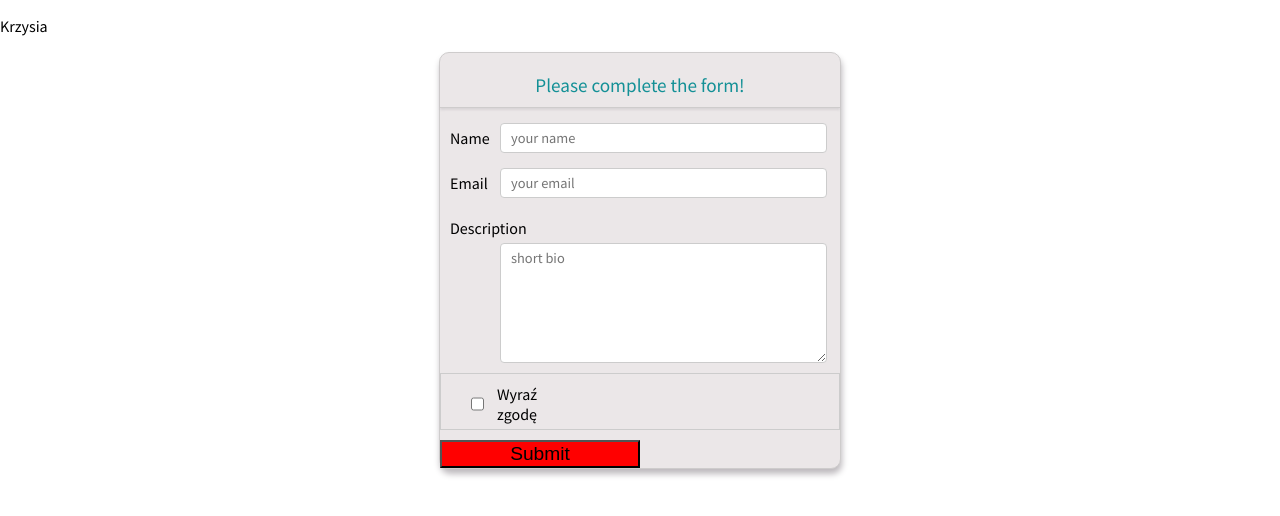
Repository: KrzysKolo/sr_tydzien4_zad2
Page: /
These files come from the project's save history. The page is drawn as it stood at one moment and after the next save; the edit follows.
The browser window is 1280 px wide. The pictures show the whole page.
The project was rebuilt for these pictures with package versions that can differ from the ones it lists, and the page was loaded fresh each time. Also part of the build but not shown: src/components/formComponents/ErrorMessage.js, src/components/formComponents/Message.js.

Above is the page before, as saved 2020-11-27 20:59:05.

### src/index.css
@import url("https://fonts.googleapis.com/css?family=Source+Sans+Pro");
body {
  margin: 0;
  font-family: "Source Sans Pro", sans-serif;
}

code {
  font-family: source-code-pro, Menlo, Monaco, Consolas, "Courier New",
    monospace;
}

### src/App.js
import React from 'react'
import Form from './components/Form';

function App() {
  return (
    <div>
      <p>Krzysia</p>
      <Form />
    </div>
  )
}

export default App

### src/components/Form.js
import React, { Component } from 'react';
import Input from './formComponents/Input';
import TextArea from './formComponents/TextArea';
import Checkbox from './formComponents/Checkbox';
import Button from './formComponents/Button';
import Header from './formComponents/Header';
import Message from './formComponents/Message';
import styled from 'styled-components';

const ContainerForm = styled.form`
width: 80%;
max-width: 400px;
background: rgb(235, 231, 232);
border: 1px solid rgb(206, 204, 204);
border-radius: 10px;
box-shadow: 1px 5px 6px rgb(189, 185, 189);
margin: 0 auto;
`;

class Form extends Component {

state = {
    Name: '',
    Email: '',
    Description: '',
    accept: false,
    message: '',
    errors: {
        Name: false,
        Email: false,
        Description: false,
        accept: false,
        }
}
message = {
    Name_incorrect: "Nazwa musi być dłuższa niż 5 znaków i nie może zawierać spacji",
    Email_incorrect: "Brak @ lub adres zawiera spacje",
    Description_incorrect: "Opis musi zawierać co najmniej 3 znaki",
    accept_incorrect: "Nie potwierdziłeś regulaminu",
}

handleChange = e =>{
    const inputName = e.target.name;
    const type = e.target.type
    if(type === "text" || type === "email" ) {
        const value = e.target.value;
        this.setState({
            [inputName] : value,
        })
    } else if (type === "checkbox") {
      const checked = e.target.checked;
      console.log(checked);
      this.setState({
        [inputName]: checked,
      })
    }
}
onSubmit = e => {
    e.preventDefault();
    const validation = this.formValidation();
    if(validation.correct) {
      this.setState({
        Name: "",
        Email: "",
        Description: '',
        accept: false,
        message: "The form has been submitted!",
        errors: {
          Name: false,
          Email: false,
          Description: false,
          accept: false,
        }
      })
      console.log(this.state.message);
    } else {
      this.setState({
        errors: {
          Name: !validation.Name,
          Email: !validation.Email,
          Description: !validation.Description,
          accept: !validation.accept,
        }
      })
    }
}

formValidation = () => {
    let Name = false;
    let Email = false;
    let Description = false;
    let accept = false;
    let correct = false;
    if(this.state.Name.length > 5) {
      Name = true;
    }
    if(this.state.Email.indexOf('@') !== -1 && this.state.Email.lastIndexOf(' ') === -1) {
      Email = true;
    }
    if(this.state.Description.length >= 3) {
      Description = true;
    }
    if(this.state.accept) {
      accept = true;
    }
    if (Name && Email && Description && accept){
        correct = true;
      }
   return ({
      Name,
      Email,
      Description,
      correct,

    })

  }

    render () {

    return (
        <ContainerForm onSubmit={this.onSubmit} noValidate>
          <Header />
          <Input type="text" placeholder="your name" value={this.state.Name} name="Name" onChange={this.handleChange} errorInfo={this.state.errors.Name} message={this.message.Name_incorrect} />
          <Input type="email" placeholder="your email" value={this.state.Email} name="Email" onChange={this.handleChange} errorInfo={this.state.errors.Email} message={this.message.Email_incorrect} />
          <TextArea  type="text" rows="6" placeholder="short bio" value={this.state.Description} name="Description" onChange={this.handleChange} errorInfo={this.state.errors.Description} message={this.message.Description_incorrect} />
          <Checkbox  type="checkbox" name="accept" checked={this.state.accept}  onChange={this.handleChange} errorInfo={this.state.errors.accept} message={this.message.accept_incorrect} />
          <Button type="submit" />
          {this.state.message && <Message message={this.state.message} /> }
        </ContainerForm>
    )
    }
}

export default Form

### src/components/formComponents/Input.js
import React from 'react'
import styled from 'styled-components';
import ErrorMessage from './ErrorMessage';
const InputDiv = styled.div`
    display: flex;
    flex-direction: row;
    align-content: center;
    margin: 0 auto;
    padding-top: 5px;

`;
const InputLabel = styled.label`
    width: 10%;
    font-size: 1rem;
    padding: 5px 10px;
`;
const inputStyles = errorInfo => `
    width: 80%;
    max-width: 305px;
    padding: 5px 10px;
    border: 1px solid ${errorInfo ? '#d3170d' : '#ccc'};
    border-radius: 4px;
    font-family: inherit;
    font-size: 0.9rem;
    ${!errorInfo && 'margin-bottom: 10px;'}
`;
const InputError = styled.input`
    ${props => inputStyles(props.errorInfo)}
`;

const TextArea = (props) => {
    const { name, message, errorInfo }= props;
    return (
        <>
            <InputDiv>
                <InputLabel htmlFor={name} >{name} </InputLabel>
                <InputError id={name} {...props} errorInfo={errorInfo} message={message}/>
            </InputDiv>
            {errorInfo && <ErrorMessage message={message} /> }
        </>
    )

}

export default TextArea;

### src/components/formComponents/TextArea.js
import React from 'react'
import styled from 'styled-components';
import ErrorMessage from './ErrorMessage';

const TextAreaDiv = styled.div`
    display: flex;
    flex-direction: column;
    align-content: center;
    margin: 0 auto;
    padding-top: 5px;

`;
const TextAreaLabel = styled.label`
    width: 10%;
    font-size: 1rem;
    padding: 5px 10px;
`;
const textAreaStyles = errorInfo => `
    width: 80%;
    max-width: 305px;
    margin: 0 auto 0 15%;
    padding: 5px 10px;
    border: 1px solid ${errorInfo ? '#d3170d' : '#ccc'};
    border-radius: 4px;
    font-family: inherit;
    font-size: 0.9rem;
    ${!errorInfo && 'margin-bottom: 10px;'}
`;
const TextAreaError = styled.textarea`
    ${props => textAreaStyles(props.errorInfo)}
`;

const Input = (props) => {
    const { name, message, errorInfo }= props;
    return (
        <>
            <TextAreaDiv>
                <TextAreaLabel htmlFor={name}>{name} </TextAreaLabel>
                <TextAreaError id={name} {...props} errorInfo={errorInfo} message={message}/>
            </TextAreaDiv>
            {errorInfo && <ErrorMessage message={message} /> }
        </>
    )

}

export default Input;

### src/components/formComponents/Checkbox.js
import React from 'react'
import styled from 'styled-components';
import ErrorMessage from './ErrorMessage';

const CheckboxDiv = styled.div`
    display: flex;
    flex-direction: row;
    align-content: center;
    margin: 0 auto;
    padding-top: 5px;
    ${props => checkboxDivStyles(props.errorInfo)}
`;
const CheckboxDivLabel = styled.label`
    width: 10%;
    font-size: 1rem;
    padding: 5px 10px;
`;
const checkboxDivStyles = errorInfo => `
    border: 1px solid ${errorInfo ? '#d3170d' : '#ccc'};
    ${!errorInfo && 'margin-bottom: 10px;'}
`;
const CheckboxDivError = styled.input`
    margin-left: 30px;
`;

const Checkbox = (props) => {
    const { name, message, errorInfo }= props;
    return (
        <>
            <CheckboxDiv>
                <CheckboxDivError id={name} {...props} errorInfo={errorInfo} message={message}/>
                <CheckboxDivLabel htmlFor={name}>Wyraź zgodę </CheckboxDivLabel>
            </CheckboxDiv>
            {errorInfo && <ErrorMessage message={message} /> }
        </>
    )

}

export default Checkbox;

### src/components/formComponents/Button.js
import React from 'react'
import styled from 'styled-components';

const BtnSubmit = styled.button`
 width: 200px;
 background: red;
 font-size: 1.2rem;
`;

const Button = () => {
    return (
        <BtnSubmit>Submit</BtnSubmit>
    )
}

export default Button;

### src/components/formComponents/Header.js
import React from 'react';
import styled from 'styled-components';

const HeaderTitle = styled.header`
    border-bottom: 1px solid rgb(206, 204, 204);
    box-shadow: 0 2px 2px rgba(189, 185, 189, 0.4);
    color: rgb(19, 144, 150);
    font-size: 1.2rem;
    font-wight: 900;
    padding: 10px;
    margin: 10px auto;
    text-align: center;

`;

const Header = () => {
    return (
        <HeaderTitle>
            Please complete the form!
        </HeaderTitle>
    )
}

export default Header;

Loaded but not shown: public/index.html (common file); src/index.js (common file)

After the next save:
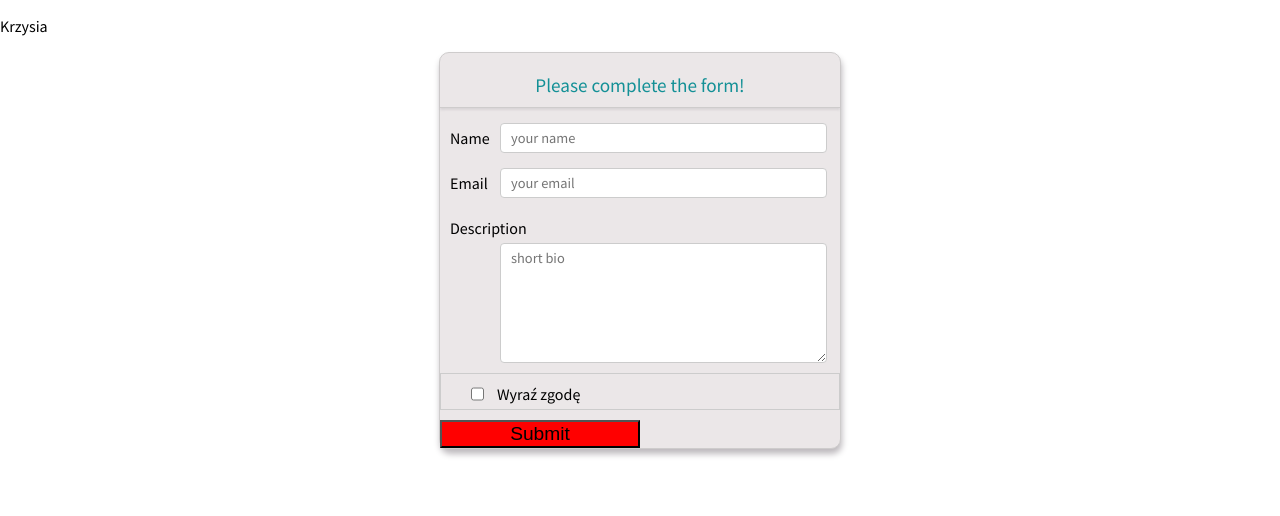
Saved 30 s later.
--- a/src/components/formComponents/Checkbox.js
+++ b/src/components/formComponents/Checkbox.js
@@ -11,7 +11,6 @@ const CheckboxDiv = styled.div`
     ${props => checkboxDivStyles(props.errorInfo)}
 `;
 const CheckboxDivLabel = styled.label`
-    width: 10%;
     font-size: 1rem;
     padding: 5px 10px;
 `;
